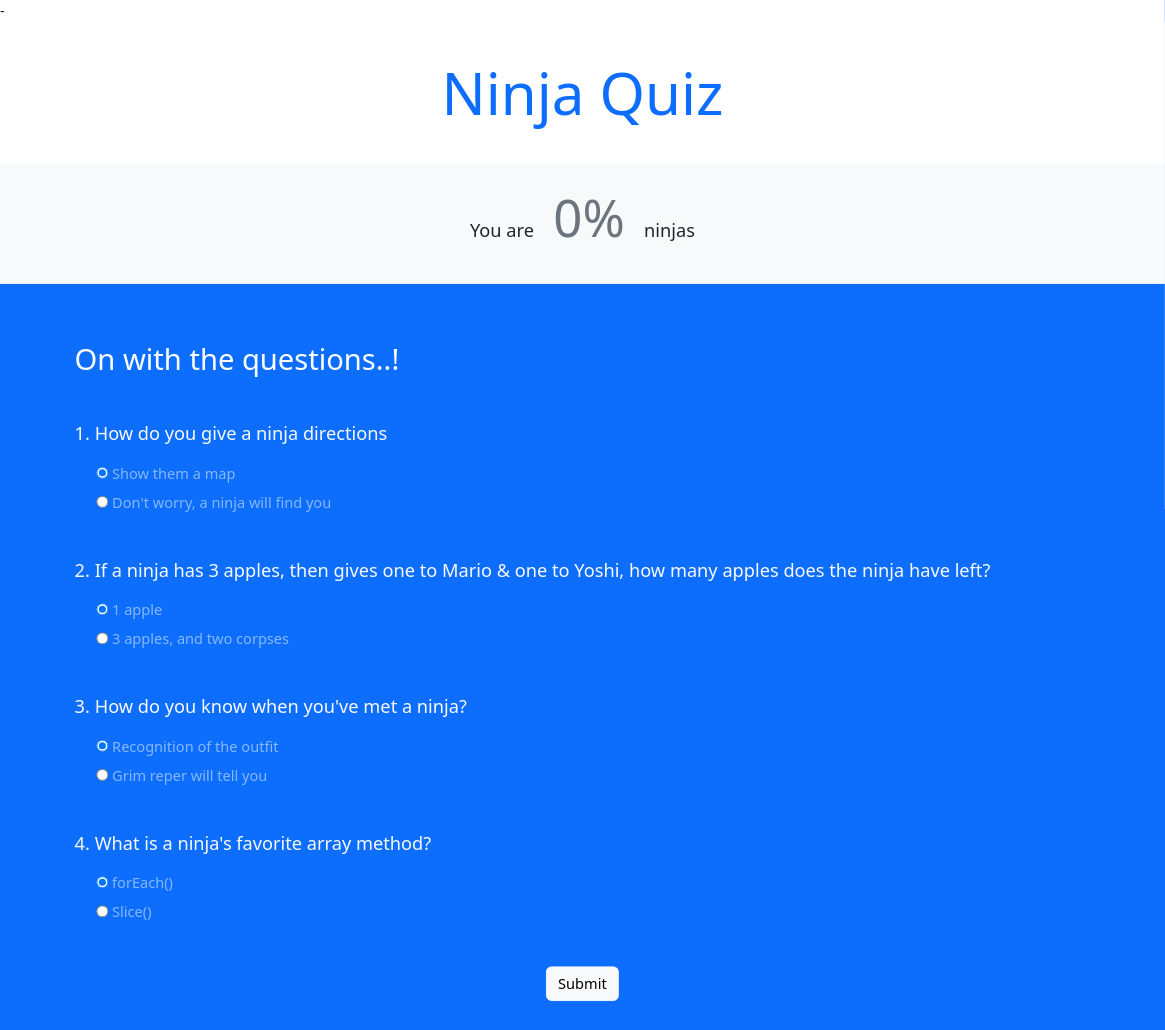
Repository: Programmer-RD-AI/Modern-JavaScript-Complete-guide-from-Novice-to-Ninja
Page: ninja_quiz/index.html
An editor plug-in stored every save of this project. The page is shown before and after a run of saves, followed by the edit.
The browser window is 1280 px wide. The pictures show the whole page, at 91% of full size.
After loading, the first visible `form.quiz-form` was submitted once.

Above is the page before, as saved 2023-12-26 16:26:29.
Console error: ReferenceError: closeInterval is not defined

After the next 3 saves:
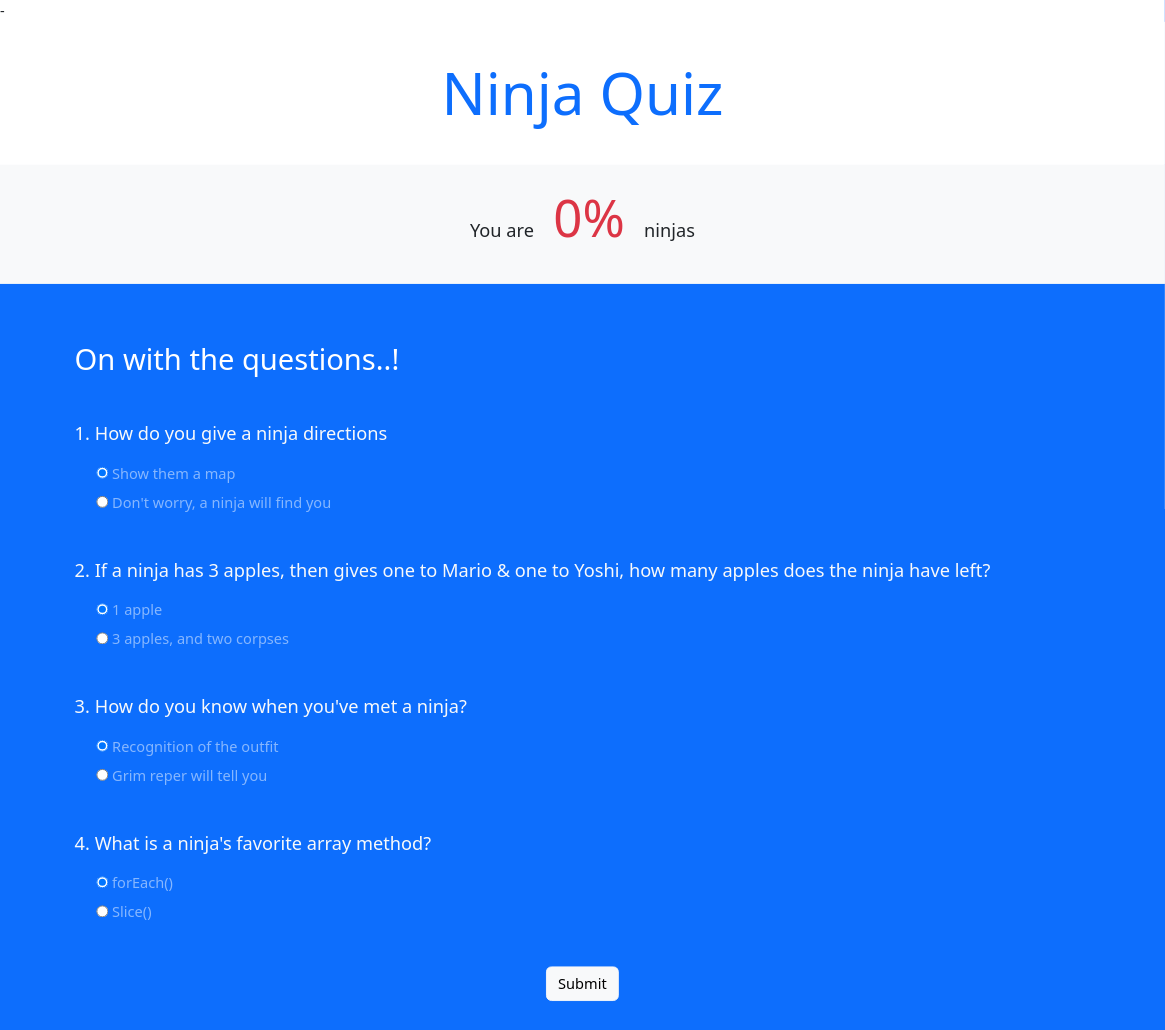
The 3 saves are shown as one change because they came seconds apart.
The last was saved 38 s later.
--- a/ninja_quiz/app.js
+++ b/ninja_quiz/app.js
@@ -23,11 +23,11 @@ form.addEventListener("submit", (e) => {
     if (i === score) {
       percentage
         .querySelector("span")
-        .classList.replace("text-primary", "text-secondary");
+        .classList.replace("text-primary", "text-danger");
       setTimeout(() => {
         percentage
           .querySelector("span")
-          .classList.replace("text-secondary", "text-primary");
+          .classList.replace("text-danger", "text-primary");
       }, 2500);
       closeInterval(timer);
     }
